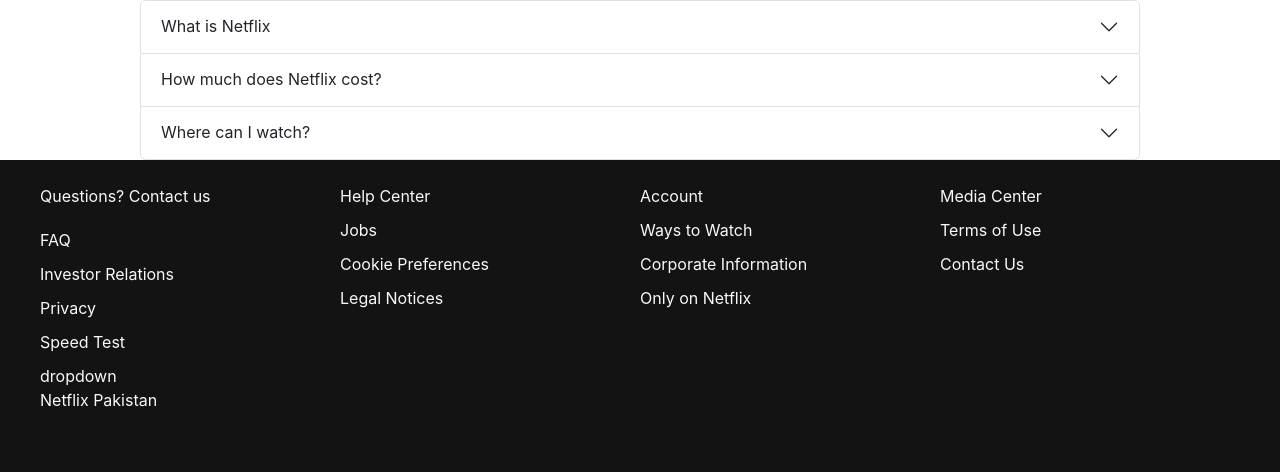
Repository: WajihaGul/Netflix-Clone
Page: /
The author's editor kept a copy of each file at every save. The page is drawn from the files as they stood at one save, then again after the next save.
The browser window is 1280 px wide. The pictures show the part of the page from y = 621 to 1093 px (the page is 1093 px tall before and 1091 px after).
The project was rebuilt for these pictures with package versions that can differ from the ones it lists, and the page was loaded fresh each time. Also part of the build but not shown: src/App.css.

Above is the page before, as saved 2024-05-24 15:06:36.

### public/index.html
<!DOCTYPE html>
<html lang="en">
  <head>
    <meta charset="utf-8" />
    <link rel="icon" href="https://encrypted-tbn0.gstatic.com/images?q=tbn:ANd9GcSJd82jZdXs8Uj9CX3mJFuRF27MZB7q_34xAg&s" />
    <meta name="viewport" content="width=device-width, initial-scale=1" />
    <meta name="theme-color" content="#000000" />
    <meta
      name="description"
      content="Web site created using create-react-app"
    />
    <link rel="apple-touch-icon" href="%PUBLIC_URL%/logo192.png" />
    <!--
      manifest.json provides metadata used when your web app is installed on a
      user's mobile device or desktop. See https://developers.google.com/web/fundamentals/web-app-manifest/
    -->
    <link rel="manifest" href="%PUBLIC_URL%/manifest.json" />
    <!--
      Notice the use of %PUBLIC_URL% in the tags above.
      It will be replaced with the URL of the `public` folder during the build.
      Only files inside the `public` folder can be referenced from the HTML.

      Unlike "/favicon.ico" or "favicon.ico", "%PUBLIC_URL%/favicon.ico" will
      work correctly both with client-side routing and a non-root public URL.
      Learn how to configure a non-root public URL by running `npm run build`.
    -->
    <title>Netflix- Watch TV Shows Online, Watch Movies Online</title>
  </head>
  <body>
    <noscript>You need to enable JavaScript to run this app.</noscript>
    <div id="root"></div>
    <!--
      This HTML file is a template.
      If you open it directly in the browser, you will see an empty page.

      You can add webfonts, meta tags, or analytics to this file.
      The build step will place the bundled scripts into the <body> tag.

      To begin the development, run `npm start` or `yarn start`.
      To create a production bundle, use `npm run build` or `yarn build`.
    -->
  </body>
</html>

### src/index.js
import "bootstrap/dist/css/bootstrap.min.css";
import React from "react";
import ReactDOM from "react-dom/client";
import "./index.css";
import App from "./App";
import reportWebVitals from "./reportWebVitals";

const root = ReactDOM.createRoot(document.getElementById("root"));
root.render(
  <React.StrictMode>
    <App />
  </React.StrictMode>
);

// If you want to start measuring performance in your app, pass a function
// to log results (for example: reportWebVitals(console.log))
// or send to an analytics endpoint. Learn more: https://bit.ly/CRA-vitals
reportWebVitals();

### src/App.js
import "./App.css";
import Footer from "./Components/Footer/Footer";
import FAQs from "./Components/FAQs/FAQs";
import SignupHere from "./Components/SignupHere/SignupHere";

function App() {
  return (
    <>
      <SignupHere />
      <FAQs />
      <Footer />
    </>
  );
}

export default App;

### src/Components/Footer/Footer.jsx
import React from "react";
import styles from "./Footer.module.css";
const Footer = () => {
  return (
    <>
      <footer className={`bg-dark text-light py-4 ${styles.mainclass}`}>
        <div className={styles.container}>
          <div className="row">
            <div className={styles.FooterHere}>
              <div className="col-lg-12">
                <p>Questions? Contact us </p>
                <ul>
                  <li>FAQ</li>
                  <li>Investor Relations</li>
                  <li>Privacy</li>
                  <li>Speed Test</li>
                  dropdown
                  <li>Netflix Pakistan</li>
                </ul>
              </div>

              <div className="col-lg-12">
                <ul>
                  <li>Help Center</li>
                  <li>Jobs</li>
                  <li>Cookie Preferences</li>
                  <li>Legal Notices</li>
                </ul>
              </div>

              <div className="col-lg-12 ">
                <ul>
                  <li>Account</li>
                  <li>Ways to Watch</li>
                  <li>Corporate Information</li>
                  <li>Only on Netflix</li>
                </ul>
              </div>

              <div className="col-lg-12 ">
                <ul>
                  <li>Media Center</li>
                  <li>Terms of Use</li>
                  <li>Contact Us</li>
                </ul>
              </div>
            </div>
          </div>
        </div>
      </footer>
    </>
  );
};

export default Footer;

### src/Components/FAQs/FAQs.jsx
import React from "react";
import styles from "./FAQs.module.css";
const FAQs = () => {
  return (
    <div
      className={`accordion accordion-flush" id="accordionFlushExample ${styles.container}`}
    >
      <div className="accordion-item">
        <h2 className="accordion-header">
          <button
            className="accordion-button collapsed"
            type="button"
            data-bs-toggle="collapse"
            data-bs-target="#flush-collapseOne"
            aria-expanded="false"
            aria-controls="flush-collapseOne"
          >
            What is Netflix
          </button>
        </h2>
        <div
          id="flush-collapseOne"
          className="accordion-collapse collapse"
          data-bs-parent="#accordionFlushExample"
        >
          <div className="accordion-body">
            Netflix is a streaming service that offers a wide variety of
            award-winning TV shows, movies, anime, documentaries, and more on
            thousands of internet-connected devices. You can watch as much as
            you want, whenever you want without a single commercial – all for
            one low monthly price. There's always something new to discover and
            new TV shows and movies are added every week!
          </div>
        </div>
      </div>
      <div className="accordion-item">
        <h2 className="accordion-header">
          <button
            className="accordion-button collapsed"
            type="button"
            data-bs-toggle="collapse"
            data-bs-target="#flush-collapseTwo"
            aria-expanded="false"
            aria-controls="flush-collapseTwo"
          >
            How much does Netflix cost?
          </button>
        </h2>
        <div
          id="flush-collapseTwo"
          className="accordion-collapse collapse"
          data-bs-parent="#accordionFlushExample"
        >
          <div className="accordion-body">
            Watch Netflix on your smartphone, tablet, Smart TV, laptop, or
            streaming device, all for one fixed monthly fee. Plans range from Rs
            250 to Rs 1,100 a month. No extra costs, no contracts.
          </div>
        </div>
      </div>
      <div className="accordion-item">
        <h2 className="accordion-header">
          <button
            className="accordion-button collapsed"
            type="button"
            data-bs-toggle="collapse"
            data-bs-target="#flush-collapseThree"
            aria-expanded="false"
            aria-controls="flush-collapseThree"
          >
            Where can I watch?
          </button>
        </h2>
        <div
          id="flush-collapseThree"
          className="accordion-collapse collapse"
          data-bs-parent="#accordionFlushExample"
        >
          <div className="accordion-body">
            Watch anywhere, anytime. Sign in with your Netflix account to watch
            instantly on the web at netflix.com from your personal computer or
            on any internet-connected device that offers the Netflix app,
            including smart TVs, smartphones, tablets, streaming media players
            and game consoles. You can also download your favorite shows with
            the iOS, Android, or Windows 10 app. Use downloads to watch while
            you're on the go and without an internet connection. Take Netflix
            with you anywhere.
          </div>
        </div>
      </div>
    </div>
  );
};
export default FAQs;

### src/Components/SignupHere/SignupHere.jsx
import styles from "./SignupHere.module.css";

const SignupHere = () => {
  return (
    <>
      <div className={styles.imgContainer}>
        <div className={`expand-lg bg-body-tertiary ${styles.navcontainer} `}>
          <h1>NETFLIX</h1>
          className={`expand-lg bg-body-tertiary ${styles.navcontainer} `}
          <div className="container-fluid">
            <a className={styles.brand} href="#">
              <span className={styles.navstyle}>NETFLIX</span>
            </a>

            <button className={styles.navbtn} type="submit">
              Sign in
            </button>
          </div>
          <div className={styles.SignupTextDiv}>
            <h1 className={styles.SignupText}>
              Unlimited movies, TV shows, and more
            </h1>
            <p className={styles.SignupText}>Watch anywhere. Cancel anytime.</p>
            <p className={styles.SignupText}>
              Ready to watch? Enter your email to create or restart your
              membership
            </p>
            <div>
              <input
                className={styles.SignupForm}
                type="email"
                id="email"
                name="email"
                placeholder="Enter your email"
                required
              />
              <button className={styles.SignUpBtn}>Get Started</button>
            </div>
          </div>
        </div>
      </div>
    </>
  );
};

export default SignupHere;

### src/Components/Footer/Footer.module.css
.mainclass{
    background-color: #141313 !important;
}
.container {
    max-width: 1200px;
    margin: 0 auto;

  }

  .FooterHere {
    display: flex;
    flex-wrap: wrap;
    justify-content: space-between;
  }

  .FooterHere > div {
    flex: 1;
    min-width: 200px;
    margin-bottom: 20px;
  }

  ul {
    list-style: none;
    padding: 0;
  }

  ul li {
    margin-bottom: 10px;
    cursor: pointer;
  }

  ul li:hover {
    text-decoration: underline;
  }

  footer p {
    margin-bottom: 20px;
  }

  @media (max-width: 768px) {
    .FooterHere {
      flex-direction: column;
      align-items: flex-start;
    }

    .FooterHere > div {
      min-width: 100%;
    }
  }

### src/Components/FAQs/FAQs.module.css
.container{
   width:1000px;
   margin: 0 auto;
}

### src/Components/SignupHere/SignupHere.module.css
.imgContainer{
    margin-top: -79px;
    height: 700px;
    width: 100%;
    background-image: url(https://assets.nflxext.com/ffe/siteui/vlv3/a99688ca-33c3-4099-9baa-07a2e2acb398/0279102c-4f3f-4ed2-a283-cce57434d595/PK-en-20240520-popsignuptwoweeks-perspective_alpha_website_large.jpg);
}


.navbtn {
    background: #e61c1c;
    color: white;
    /* padding: 4px 17px; */
    border-radius: 7px;
    border: none;
    font-size: medium;
    font-family: emoji;
    margin-left: 343px;
    margin-right: 343px;
    padding-top: 4px;
    padding-bottom: 4px;
    height: 32px;
    width: 71px;
    margin-top: 2px;
    margin-bottom: 2px;
}

.navstyle{
    color: red;
    font-size: xx-large;
    font-family: emoji;
    padding-left: 343px;
    padding-right: 343px;
    padding-top: 10px;
    padding-bottom: 10px;
}

.navcontainer{
    background-color: transparent !important;
}
.SignupText{
    color: white;
    align-items: center;
    justify-content: center;
    display: flex;
    flex-direction: column;
}
.SignupTextDiv{
    color: white;
    align-items: center;
    justify-content: center;
    display: flex;
    flex-direction: column;
    margin-top: 170px;
}
.SignupForm{
    width: 284px;
    height: 42px;
    background: #e2dfdf;
}
.SignUpBtn{
    background: red;
    color: white;
    height: 40px;
    width: 143px;
    margin: 4px;
    /* border-radius: 7px; */
    border: none;
    font-size: larger;
}

Loaded but not shown: src/index.css (common file); src/reportWebVitals.js (common file)

After the next save:
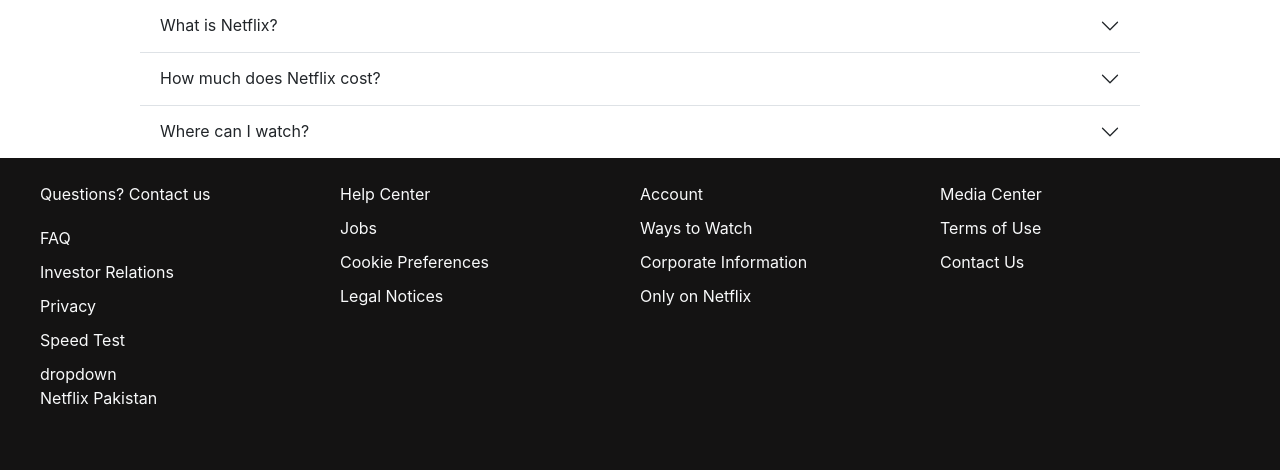
Saved 54 s later.
--- a/src/Components/FAQs/FAQs.jsx
+++ b/src/Components/FAQs/FAQs.jsx
@@ -1,12 +1,14 @@
 import React from "react";
 import styles from "./FAQs.module.css";
+
 const FAQs = () => {
   return (
     <div
-      className={`accordion accordion-flush" id="accordionFlushExample ${styles.container}`}
+      className={`accordion accordion-flush ${styles.container}`}
+      id="accordionFlushExample"
     >
       <div className="accordion-item">
-        <h2 className="accordion-header">
+        <h2 className="accordion-header" id="flush-headingOne">
           <button
             className="accordion-button collapsed"
             type="button"
@@ -15,12 +17,13 @@
             aria-expanded="false"
             aria-controls="flush-collapseOne"
           >
-            What is Netflix
+            What is Netflix?
           </button>
         </h2>
         <div
           id="flush-collapseOne"
           className="accordion-collapse collapse"
+          aria-labelledby="flush-headingOne"
           data-bs-parent="#accordionFlushExample"
         >
           <div className="accordion-body">
@@ -34,7 +37,7 @@
         </div>
       </div>
       <div className="accordion-item">
-        <h2 className="accordion-header">
+        <h2 className="accordion-header" id="flush-headingTwo">
           <button
             className="accordion-button collapsed"
             type="button"
@@ -49,6 +52,7 @@
         <div
           id="flush-collapseTwo"
           className="accordion-collapse collapse"
+          aria-labelledby="flush-headingTwo"
           data-bs-parent="#accordionFlushExample"
         >
           <div className="accordion-body">
@@ -59,7 +63,7 @@
         </div>
       </div>
       <div className="accordion-item">
-        <h2 className="accordion-header">
+        <h2 className="accordion-header" id="flush-headingThree">
           <button
             className="accordion-button collapsed"
             type="button"
@@ -74,6 +78,7 @@
         <div
           id="flush-collapseThree"
           className="accordion-collapse collapse"
+          aria-labelledby="flush-headingThree"
           data-bs-parent="#accordionFlushExample"
         >
           <div className="accordion-body">
@@ -91,4 +96,5 @@
     </div>
   );
 };
+
 export default FAQs;

After the save that followed:
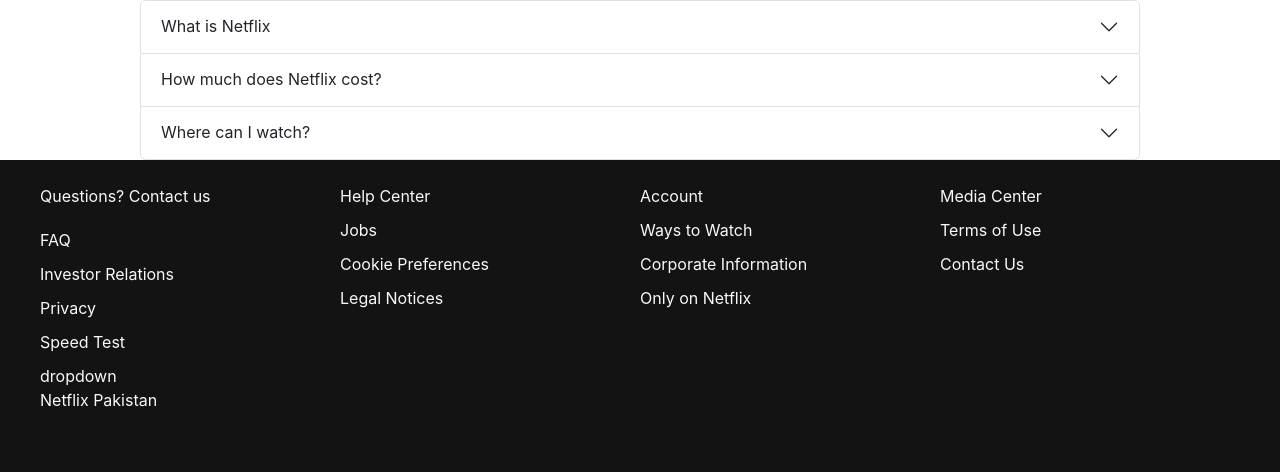
Saved 36 s later.
--- a/src/Components/FAQs/FAQs.jsx
+++ b/src/Components/FAQs/FAQs.jsx
@@ -1,14 +1,12 @@
 import React from "react";
 import styles from "./FAQs.module.css";
-
 const FAQs = () => {
   return (
     <div
-      className={`accordion accordion-flush ${styles.container}`}
-      id="accordionFlushExample"
+      className={`accordion accordion-flush" id="accordionFlushExample ${styles.container}`}
     >
       <div className="accordion-item">
-        <h2 className="accordion-header" id="flush-headingOne">
+        <h2 className="accordion-header">
           <button
             className="accordion-button collapsed"
             type="button"
@@ -17,13 +15,12 @@
             aria-expanded="false"
             aria-controls="flush-collapseOne"
           >
-            What is Netflix?
+            What is Netflix
           </button>
         </h2>
         <div
           id="flush-collapseOne"
           className="accordion-collapse collapse"
-          aria-labelledby="flush-headingOne"
           data-bs-parent="#accordionFlushExample"
         >
           <div className="accordion-body">
@@ -37,7 +34,7 @@
         </div>
       </div>
       <div className="accordion-item">
-        <h2 className="accordion-header" id="flush-headingTwo">
+        <h2 className="accordion-header">
           <button
             className="accordion-button collapsed"
             type="button"
@@ -52,7 +49,6 @@
         <div
           id="flush-collapseTwo"
           className="accordion-collapse collapse"
-          aria-labelledby="flush-headingTwo"
           data-bs-parent="#accordionFlushExample"
         >
           <div className="accordion-body">
@@ -63,7 +59,7 @@
         </div>
       </div>
       <div className="accordion-item">
-        <h2 className="accordion-header" id="flush-headingThree">
+        <h2 className="accordion-header">
           <button
             className="accordion-button collapsed"
             type="button"
@@ -78,7 +74,6 @@
         <div
           id="flush-collapseThree"
           className="accordion-collapse collapse"
-          aria-labelledby="flush-headingThree"
           data-bs-parent="#accordionFlushExample"
         >
           <div className="accordion-body">
@@ -96,5 +91,4 @@
     </div>
   );
 };
-
 export default FAQs;
